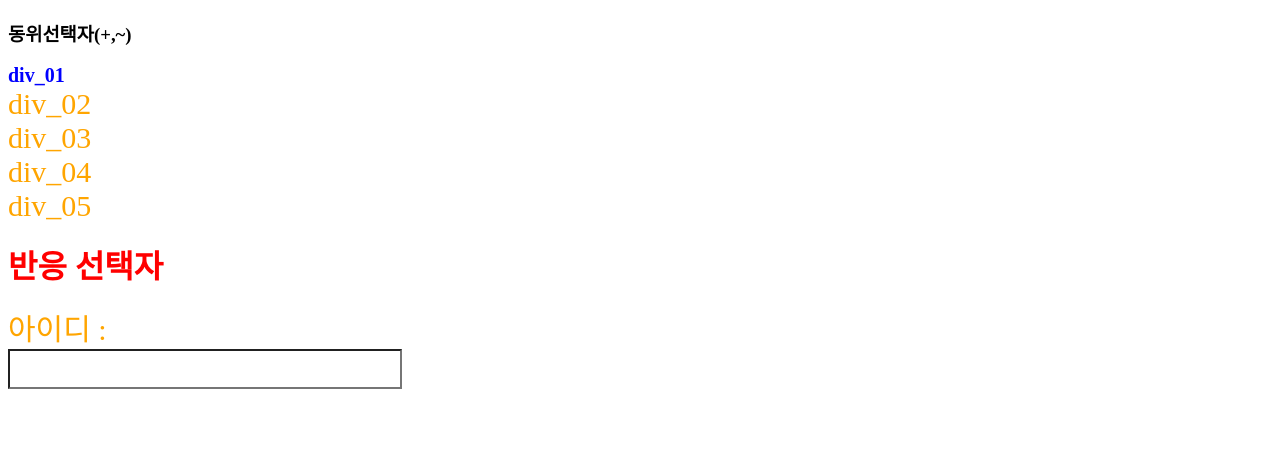
Repository: luna2222/web
Page: 01HTML5/WebContent/[8강]CSS3선택자2/08_06hover.html
An editor plug-in stored every save of this project. The page is shown before and after the next save, followed by the edit.
The browser window is 1280 px wide. The pictures show the whole page.
The pointer rests on the first visible `.hoverSel`.

Above is the page before, as saved 2019-02-21 01:23:36.

After the next save:
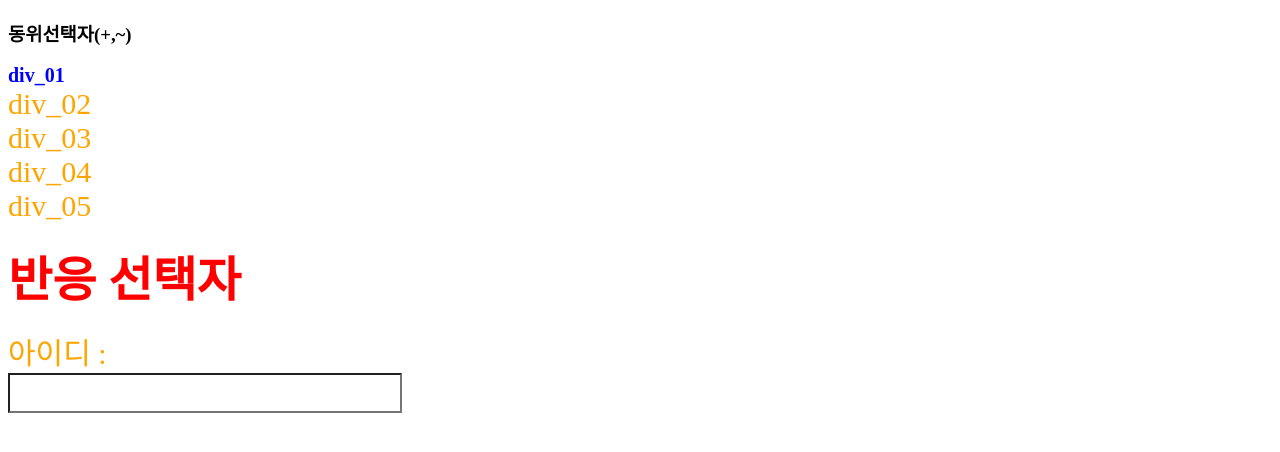
Saved 21 s later.
--- a/01HTML5/WebContent/[8강]CSS3선택자2/08_06hover.html
+++ b/01HTML5/WebContent/[8강]CSS3선택자2/08_06hover.html
@@ -21,7 +21,7 @@
 			background-colar:yellow;
 			}
 		.hoverSel:hover{
-			font-size:2em;
+			font-size:3em;
 			color:#ff0000;
 			font-weight:bolder;
 		}
